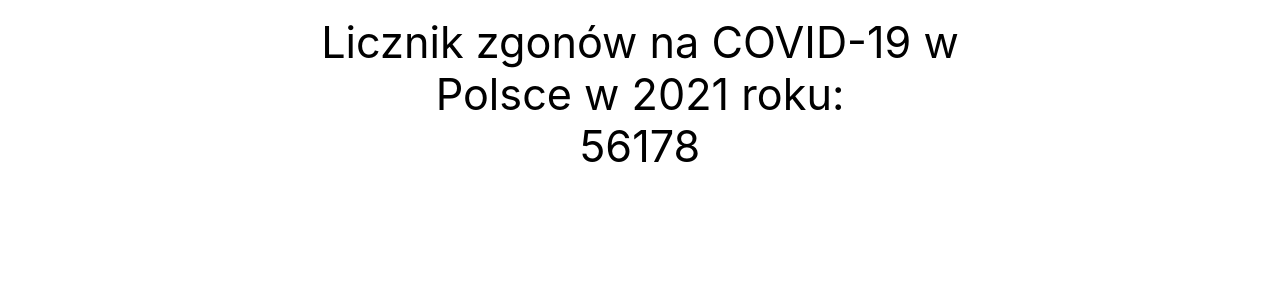
Repository: michalgornicki/poland-covid
Page: /
These files come from the project's save history. The page is drawn as it stood at one moment and after a run of saves; the edit follows.
The browser window is 1280 px wide. The pictures show the whole page.
The project was rebuilt for these pictures with package versions that can differ from the ones it lists, and the page was loaded fresh each time.

Above is the page before, as saved 2021-12-04 19:07:47.

After the next 3 saves:
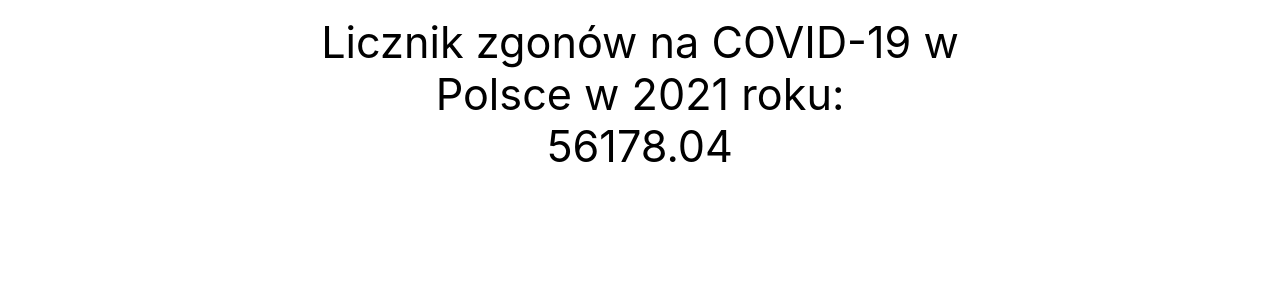
The 3 saves are shown as one change because they came seconds apart.
The last was saved 84 s later.
--- a/src/App.jsx
+++ b/src/App.jsx
@@ -13,7 +13,7 @@
     let thisYearHours = Math.round(hours - 447056);
     let thisYearSeconds = Math.round(seconds - 1609401600)
 
-    let deaths = Math.round(thisYearSeconds*0.00192110763);
+    let deaths = (thisYearSeconds*0.00192110763).toFixed(2);
     document.getElementsByClassName('counter')[0].innerHTML =  deaths;
     setTimeout(startTime, 1000);
   }

After the 2 saves that followed:
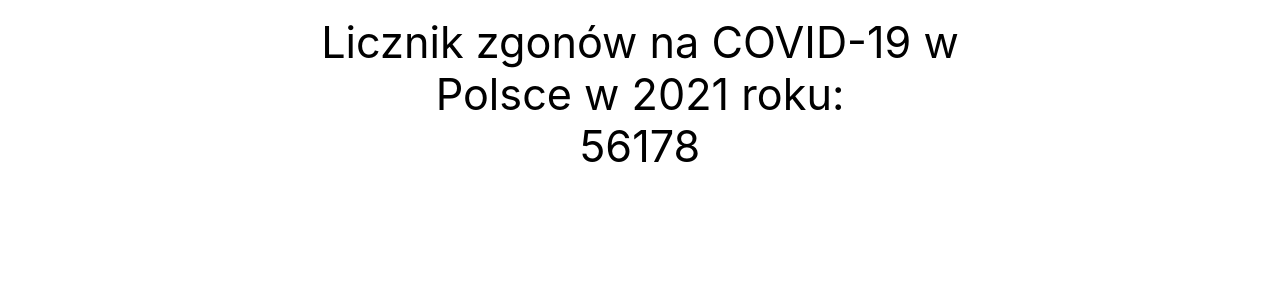
The 2 saves are shown as one change because they came seconds apart.
The last was saved 24 s later.
--- a/src/App.jsx
+++ b/src/App.jsx
@@ -13,7 +13,7 @@
     let thisYearHours = Math.round(hours - 447056);
     let thisYearSeconds = Math.round(seconds - 1609401600)
 
-    let deaths = (thisYearSeconds*0.00192110763).toFixed(2);
+    let deaths = Math.round(thisYearSeconds*0.00192110763);
     document.getElementsByClassName('counter')[0].innerHTML =  deaths;
     setTimeout(startTime, 1000);
   }
